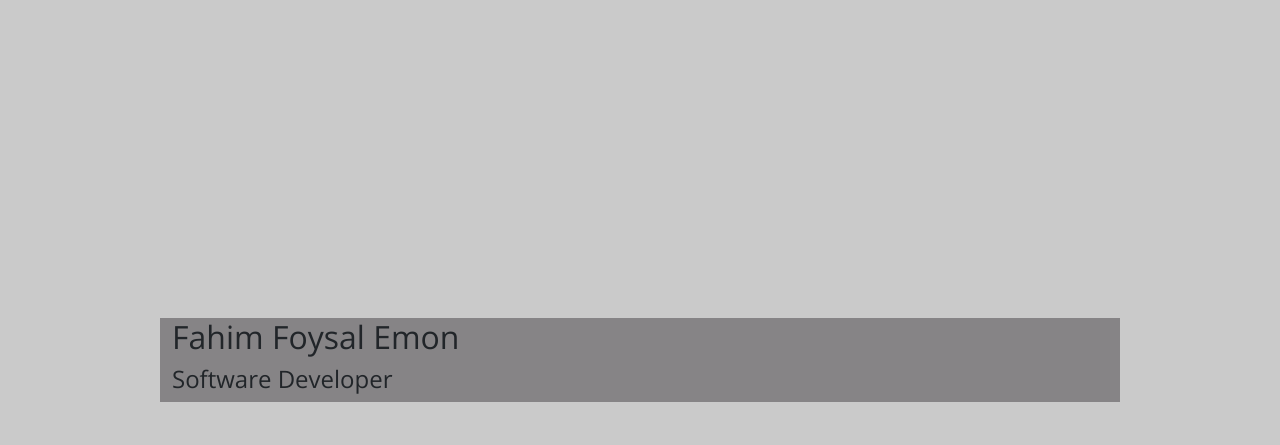
Repository: emowzz/emowzz.github.io
Page: index.html
The author's editor kept a copy of each file at every save. The page is drawn from the files as they stood at one save, then again after the next save.
The browser window is 1280 px wide. The pictures show the whole page.
Some web libraries are served in a nearby version.

Above is the page before, as saved 2021-03-17 17:20:27.

After the next save:
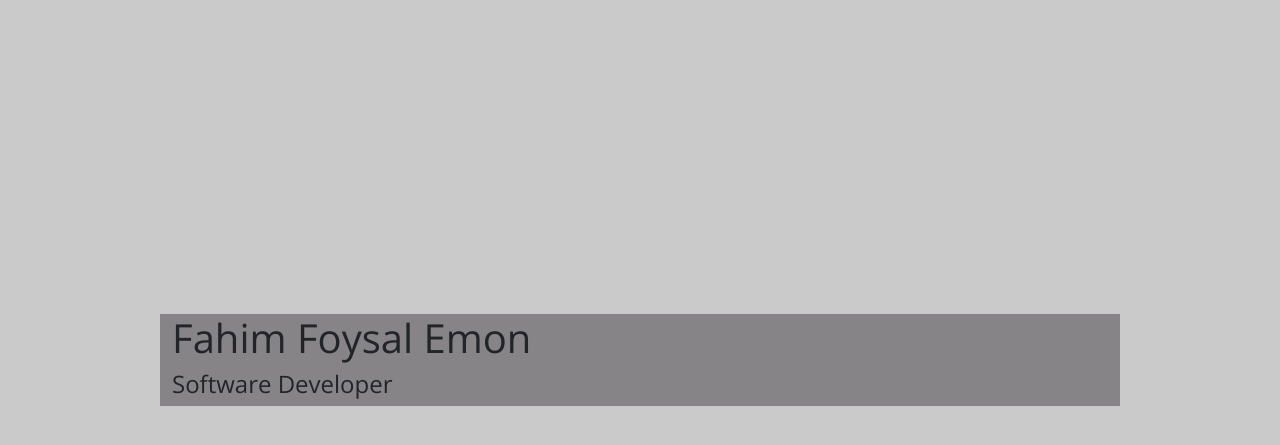
Saved 10 s later.
--- a/index.html
+++ b/index.html
@@ -20,7 +20,7 @@
     <section class="banner-container container-fluid">
       <div class="row vh-100">
         <div class="col-md-9 banner-column m-auto">
-            <h2>Fahim Foysal Emon</h2>
+            <h1>Fahim Foysal Emon</h1>
             <h4>Software Developer</h4>
         </div>
       </div>
